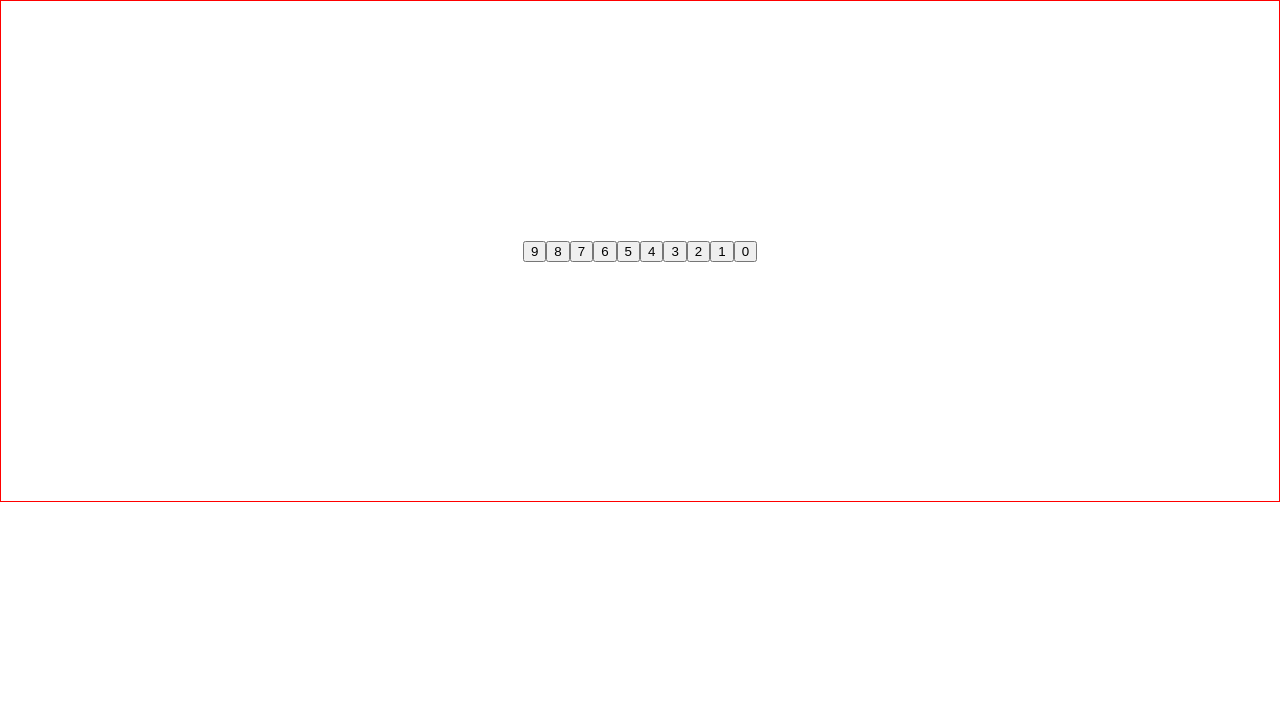
Repository: kocokoy/Calculator
Page: index.html
The author's editor kept a copy of each file at every save. The page is drawn from the files as they stood at one save, then again after the next save.
The browser window is 1280 px wide. The pictures show the whole page.

Above is the page before, as saved 2024-10-22 11:41:32.

After the next save:
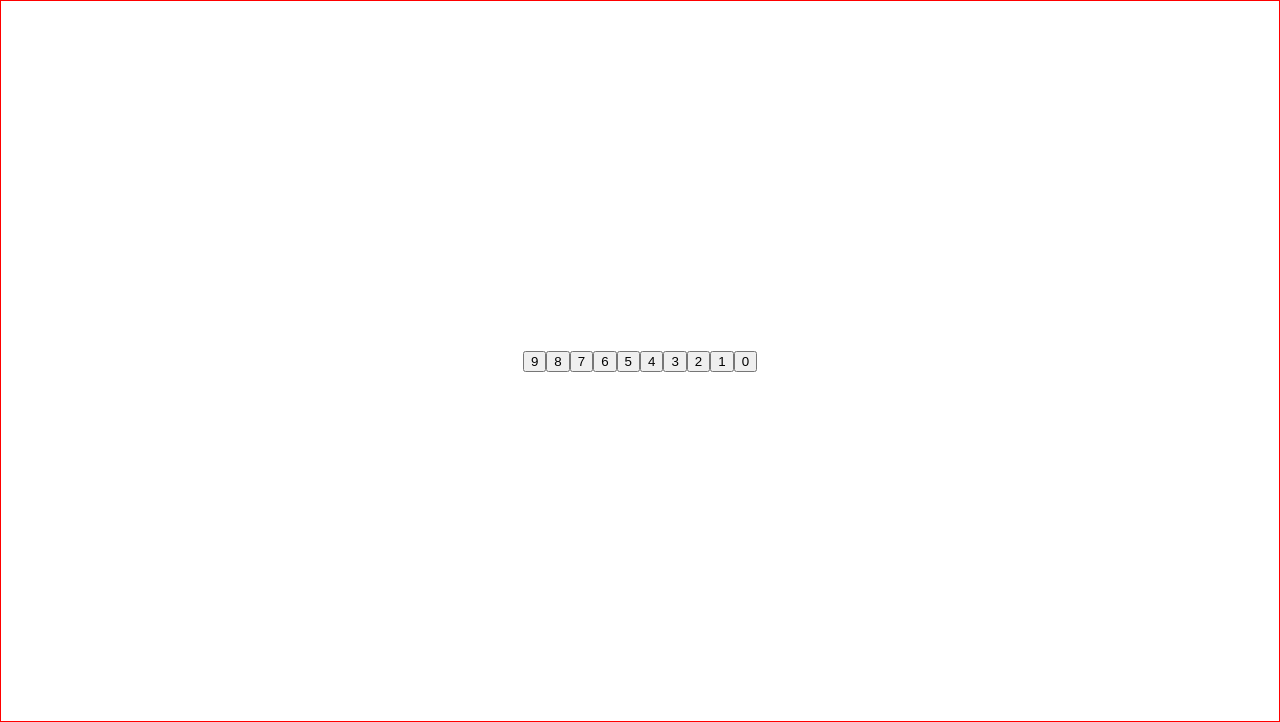
Saved 89 s later.
--- a/style.css
+++ b/style.css
@@ -7,5 +7,5 @@ body{
   display: flex;
   align-items: center;
   justify-content: center;
-  height: 500px;
+  height: 100vh;
 }
